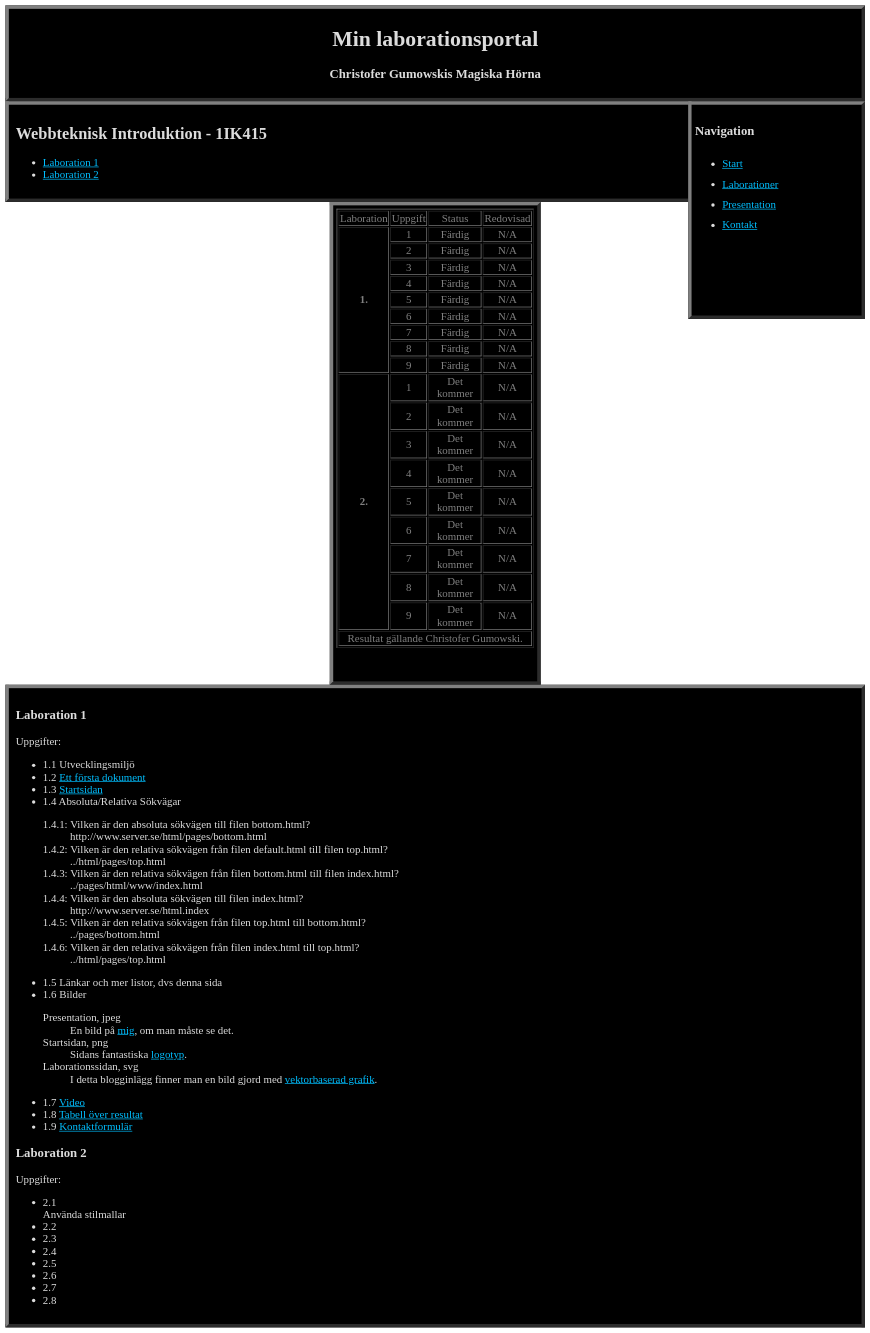
Repository: cg222im/1IK415_cg222im
Page: pages/laborationer.html
The author's editor kept a record of every edit. The page is drawn from the files as they stood at one moment, then again after the next edit.
The browser window is 1280 px wide. The pictures show the whole page, at 68% of full size.

Above is the page before.

### pages/laborationer.html
<!doctype html>
<html lang="sv">
    <head>
        <meta charset="UTF-8" />
        <title>laborationer</title>
        <link rel="stylesheet" href="../css/style.css" />
    </head>

    <body>

    <div id="header">
        <h1>Min laborationsportal</h1>
        <h3>Christofer Gumowskis Magiska Hörna</h3>
    </div>


    <div id="nav">
            <h3>Navigation</h3>
            <ul>
                <li><a href="../index.html">Start</a></li>
                <li><a href="laborationer.html">Laborationer</a></li>
                <li><a href="presentation.html">Presentation</a></li>
                <li><a href="kontakt.html">Kontakt</a></li>
            </ul>
    </div>

    <div id="main">
        <h2>Webbteknisk Introduktion - 1IK415</h2>

            <ul>
                <li><a href="#Laboration1">Laboration 1</a></li>
                <li><a href="#Laboration2">Laboration 2</a></li>
            </ul>
    </div>

        <div id="table">
            <!--Uppställd resultattabell-->
            <a id="resultat"></a>
            <table border="1">
                <thead>
                  <tr>
                    <td>Laboration</td>
                    <td>Uppgift</td>
                    <td>Status</td>
                    <td>Redovisad</td>
                  </tr>
                </thead>

                <tfoot>
                    <tr>
                      <td colspan="4">Resultat gällande Christofer Gumowski.</td>
                    </tr>
                </tfoot>

                <!--Följande kod är något komprimerad för att spara plats-->
                <tbody>
                  <tr>
                    <th rowspan="9">1.</th>
                    <td>1</td><td>Färdig</td><td>N/A</td>
                  </tr>
                    <tr><td>2</td><td>Färdig</td><td>N/A</td></tr>
                    <tr><td>3</td><td>Färdig</td><td>N/A</td></tr>
                    <tr><td>4</td><td>Färdig</td><td>N/A</td></tr>
                    <tr><td>5</td><td>Färdig</td><td>N/A</td></tr>
                    <tr><td>6</td><td>Färdig</td><td>N/A</td></tr>
                    <tr><td>7</td><td>Färdig</td><td>N/A</td></tr>
                    <tr><td>8</td><td>Färdig</td><td>N/A</td></tr>
                    <tr><td>9</td><td>Färdig</td><td>N/A</td></tr>
                </tbody>

                <tbody>
                  <tr>
                       <th rowspan="9">2.</th>
                    <td>1</td><td>Det kommer</td><td>N/A</td>
                  </tr>
                    <tr><td>2</td><td>Det kommer</td><td>N/A</td></tr>
                    <tr><td>3</td><td>Det kommer</td><td>N/A</td></tr>
                    <tr><td>4</td><td>Det kommer</td><td>N/A</td></tr>
                    <tr><td>5</td><td>Det kommer</td><td>N/A</td></tr>
                    <tr><td>6</td><td>Det kommer</td><td>N/A</td></tr>
                    <tr><td>7</td><td>Det kommer</td><td>N/A</td></tr>
                    <tr><td>8</td><td>Det kommer</td><td>N/A</td></tr>
                    <tr><td>9</td><td>Det kommer</td><td>N/A</td></tr>
                </tbody>
            </table>
        </div>

    <div id="main">
        <a id="Laboration1"></a>
        <h3>Laboration 1</h3>
        <p>Uppgifter:</p>
            <ul>
                <li>1.1 Utvecklingsmiljö</li>
                <li>1.2 <a href="../README.md">Ett första dokument</a></li>
                <li>1.3 <a href="../index.html">Startsidan</a></li>
                <li>1.4 Absoluta/Relativa Sökvägar
                    <dl>
                        <dt>1.4.1: Vilken är den absoluta sökvägen till filen bottom.html?</dt>
                            <dd>http://www.server.se/html/pages/bottom.html</dd>
                        <dt>1.4.2: Vilken är den relativa sökvägen från filen default.html till filen top.html?</dt>
                            <dd>../html/pages/top.html</dd>
                        <dt>1.4.3: Vilken är den relativa sökvägen från filen bottom.html till filen index.html?</dt>
                            <dd>../pages/html/www/index.html</dd>
                        <dt>1.4.4: Vilken är den absoluta sökvägen till filen index.html?</dt>
                            <dd>http://www.server.se/html.index</dd>
                        <dt>1.4.5: Vilken är den relativa sökvägen från filen top.html till bottom.html?</dt>
                            <dd>../pages/bottom.html</dd>
                        <dt>1.4.6: Vilken är den relativa sökvägen från filen index.html till top.html?</dt>
                            <dd>../html/pages/top.html</dd>
                    </dl></li>
                <li>1.5 Länkar och mer listor, dvs denna sida</li>
                <li>1.6 Bilder
                    <dl>
                        <dt>Presentation, jpeg</dt>
                            <dd>En bild på <a href="presentation.html#portrait">mig</a>, om man måste se det.</dd>
                        <dt>Startsidan, png</dt>
                            <dd>Sidans fantastiska <a href="../pics/logo.png">logotyp</a>.</dd>
                        <dt>Laborationssidan, svg</dt>
                            <dd>I detta blogginlägg finner man en bild gjord med <a href="../index.html#svgBlogg">vektorbaserad grafik</a>.</dd>
                    </dl></li>
                <li>1.7 <a href="../index.html#trailer">Video</a></li>
                <li>1.8 <a href="#resultat">Tabell över resultat</a></li>
                <li>1.9 <a href="kontakt.html">Kontaktformulär</a></li>
            </ul>


        <a id="Laboration2"></a>
        <h3>Laboration 2</h3>
        <p>Uppgifter:</p>
            <ul>
                <li>2.1</li> Använda stilmallar
                <li>2.2</li>
                <li>2.3</li>
                <li>2.4</li>
                <li>2.5</li>
                <li>2.6</li>
                <li>2.7</li>
                <li>2.8</li>
            </ul>
    </div>

    </body>

</html>

### css/style.css
p {color: #DCDCDC;}
table {text-align: center;}

a:link { color: #00BFFF; }
a:visited { color: purple; }
a:focus { color: yellow; }
a:hover { color: yellow; }
a:active { color: silver; }


#header {
    border-style: outset;
    border-width: 5px;
    border-color: gray;
    background-color:black;
    color: #DCDCDC;
    text-align: center;
    padding: 5px;
}
#nav {
    line-height: 30px;
    border-style: outset;
    border-width: 5px;
    border-color: gray;
    background-color: black;
    color: #DCDCDC;
    height: 300px;
    width: 240px;
    float: right;
    padding: 5px;
}
#main {
    border-style: outset;
    border-width: 5px;
    border-color: gray;
    background-color: black;
    color: #DCDCDC;
    text-align: left;
    padding: 10px;
}
#footer {
    border-style: inset;
    border-width: 5px;
    border-color: gray;
    background-color: black;
    color: #DCDCDC;
    clear: both;
    text-align: center;
    padding: 5px;
}
#table {
    text-align: center;
    margin: 0 auto;
    width: 290px;
    /* Kan behöva komma att ändra storlek allt eftersom; dela upp i Laborationer/kolumner? */
    height: 690px;
    margin-left: auto;
    margin-top: auto;
    border-style: outset;
    border-width: 5px;
    border-color: gray;
    background-color:black;
    color: gray;
    padding: 5px;
}

After the next edit:
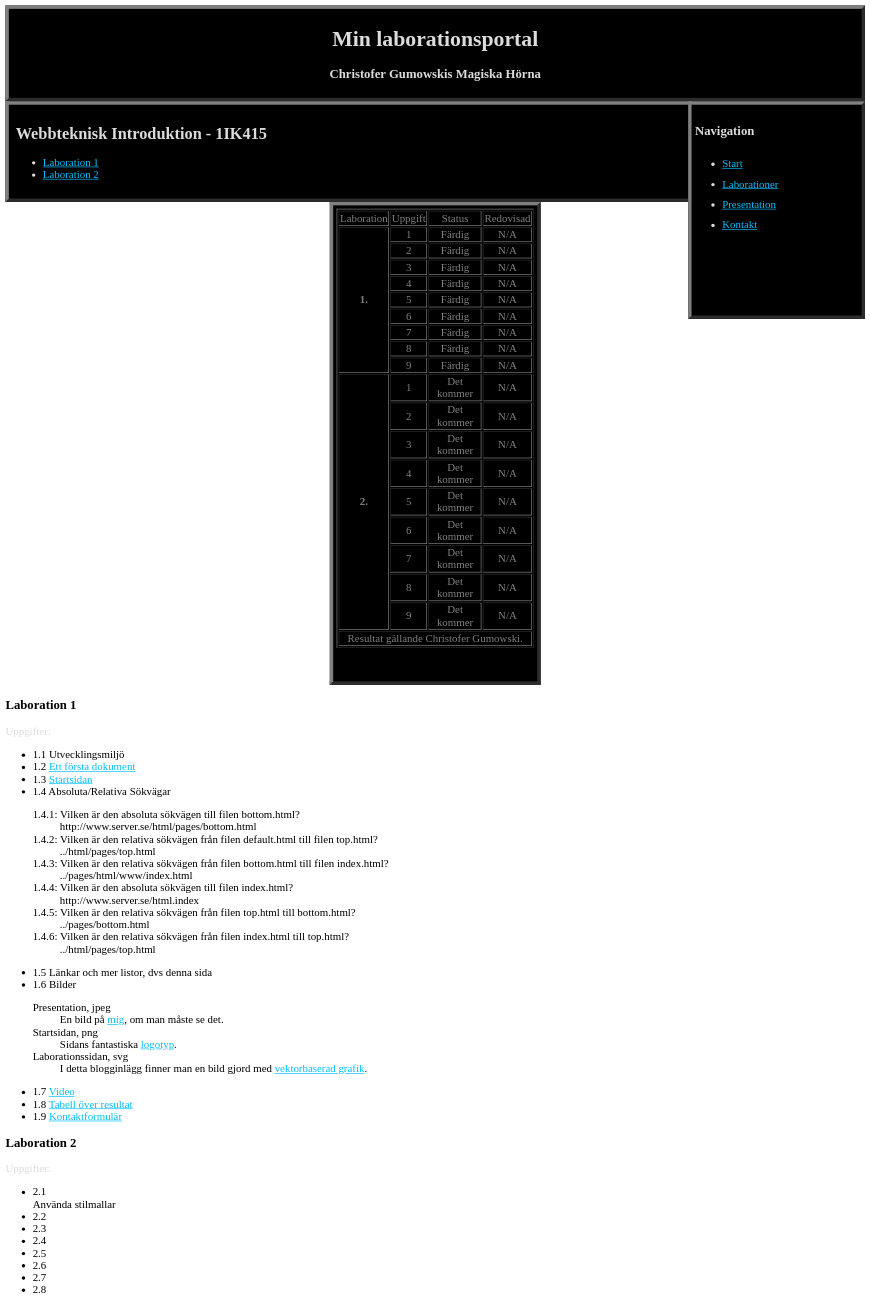
The edit:
--- a/pages/laborationer.html
+++ b/pages/laborationer.html
@@ -85,7 +85,7 @@
             </table>
         </div>
 
-    <div id="main">
+
         <a id="Laboration1"></a>
         <h3>Laboration 1</h3>
         <p>Uppgifter:</p>
